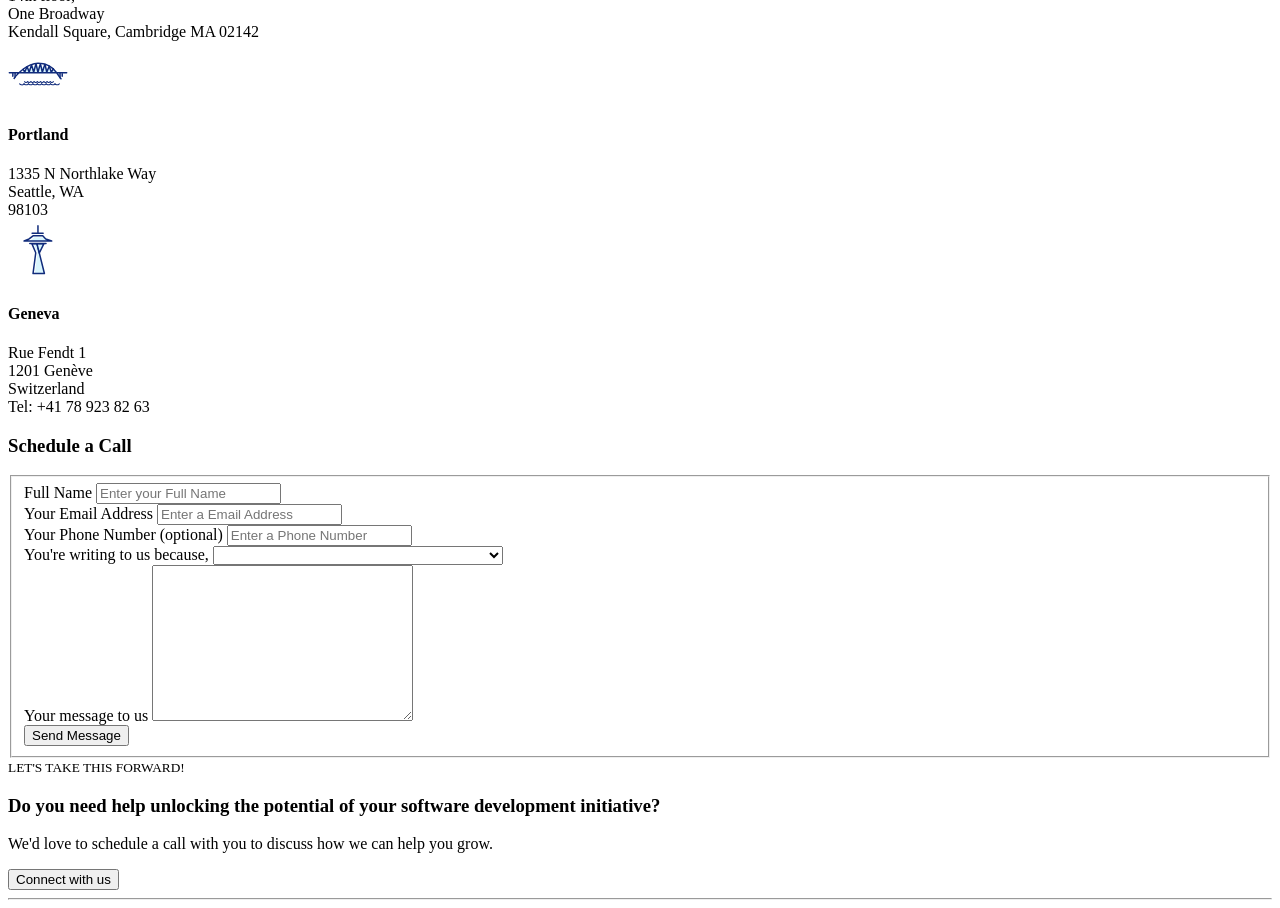
Repository: bhattaraib58/eighstages-lf-design
Page: Assignment 1/html example of website/index.html
The author's editor kept a copy of each file at every save. The page is drawn from the files as they stood at one save, then again after a run of saves.
The browser window is 1280 px wide. The pictures show the part of the page from y = 977 to 1929 px (the page is 1885 px tall before and 1929 px after).
A picture or video elsewhere on the page could not be fetched, so the positions and the page height are approximate.

Above is the page before, as saved 2019-06-06 08:50:20.

After the next 3 saves:
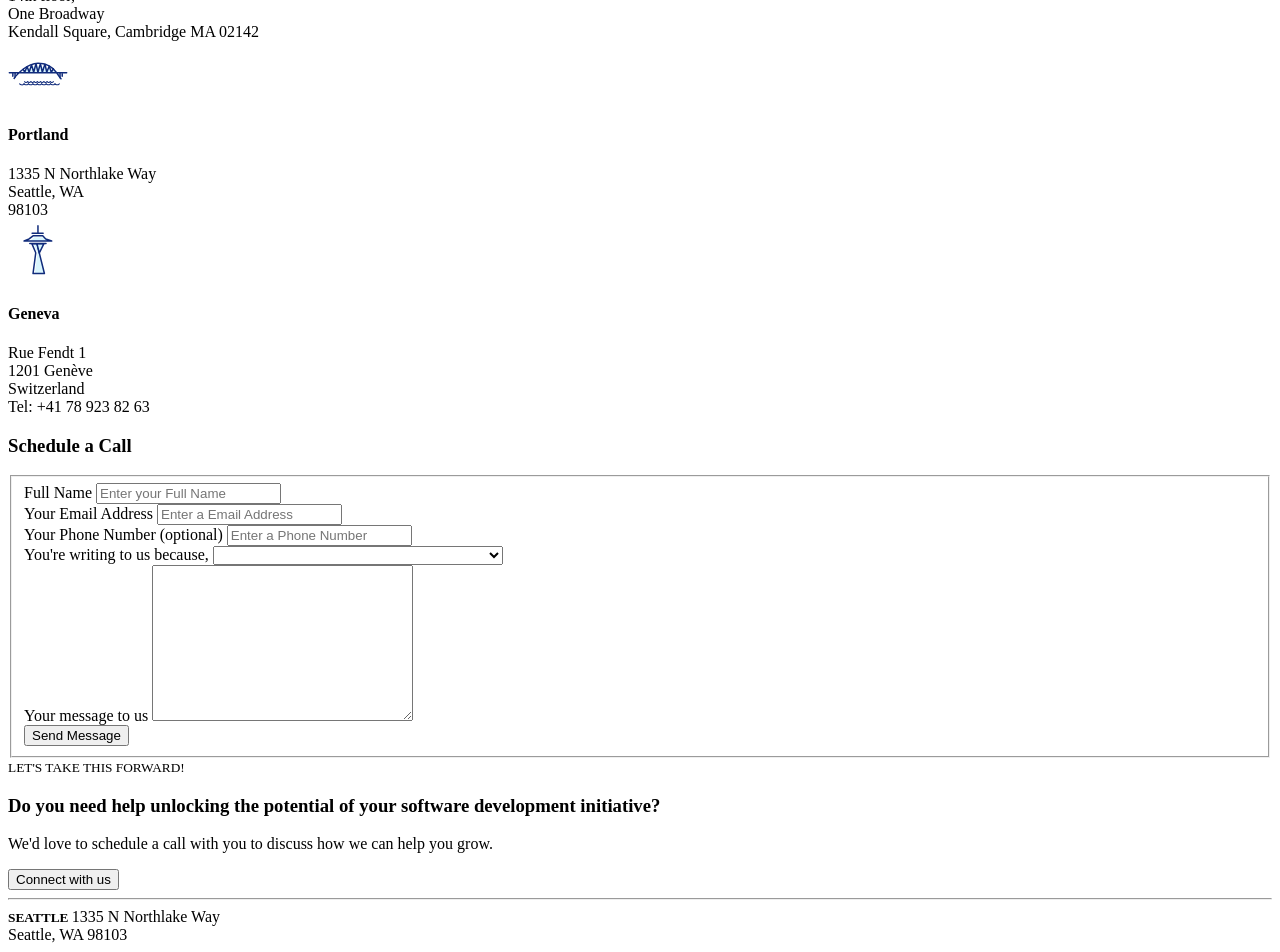
The 3 saves are shown as one change because they came seconds apart.
The last was saved 76 s later.
--- a/Assignment 1/html example of website/index.html
+++ b/Assignment 1/html example of website/index.html
@@ -172,7 +172,13 @@
             <div>
                 <!-- 2 -->
                 <div>
-
+                    <small><strong>SEATTLE
+                        </strong></small>
+                    <span>
+                        1335 N Northlake Way
+                        <br>
+                        Seattle, WA 98103
+                    </span>
                 </div>
             </div>
         </div>
